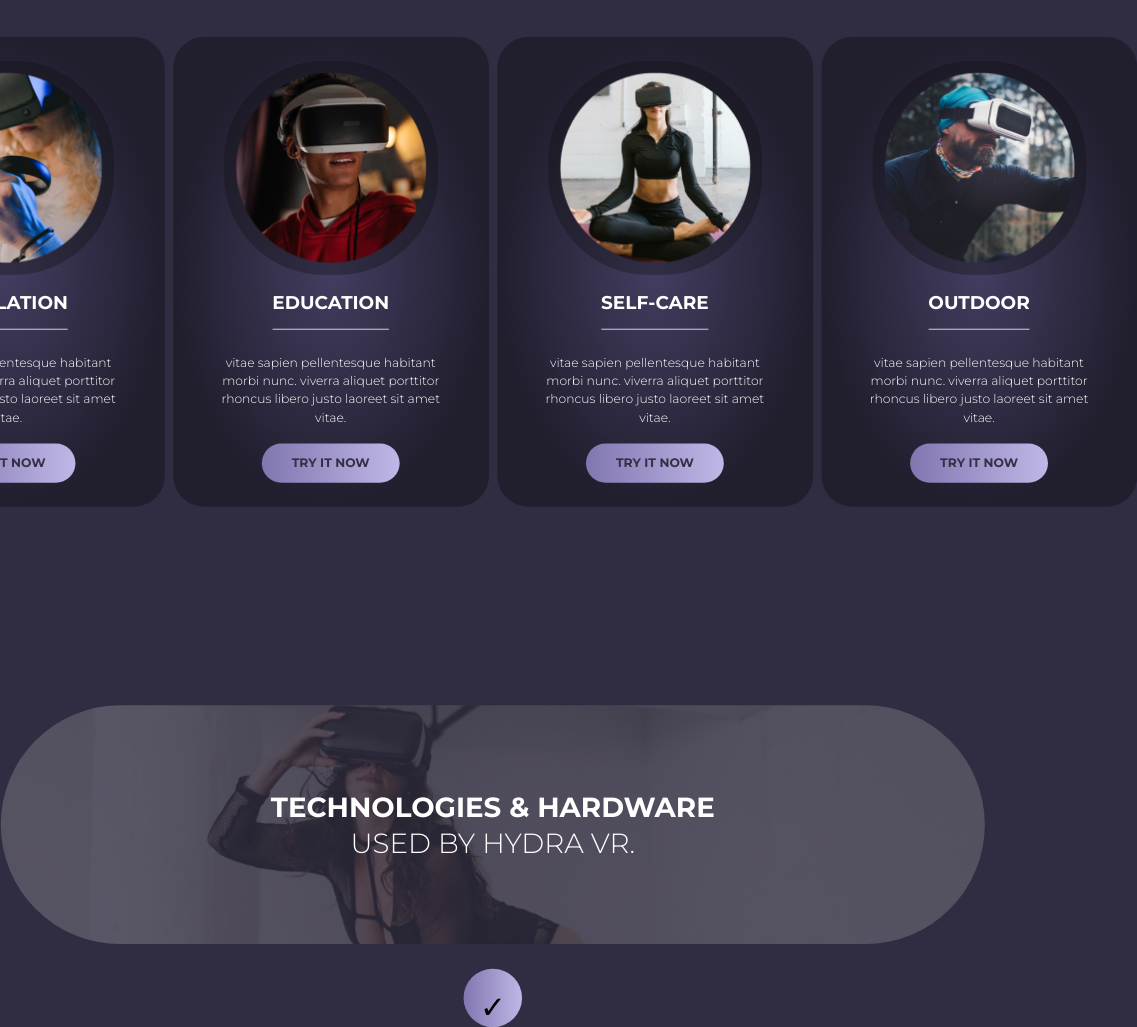
Repository: xMargi/Hydra-LandingPage
Page: index.html
These files come from the project's save history. The page is drawn as it stood at one moment and after the next save; the edit follows.
The browser window is 1280 px wide. The page is 1477 px wide, so the pictures cover 1477 px, including what lies to the right of the window. The pictures show the whole page, at 77% of full size.

Above is the page before, as saved 2023-06-07 21:10:58.

### index.html
    <!DOCTYPE html>
    <html lang="pt-br">
    <head>
        <meta charset="UTF-8">
        <meta http-equiv="X-UA-Compatible" content="IE=edge">
        <meta name="viewport" content="width=device-width, initial-scale=1.0">
        <title>Hydra - Landing Page</title>
        <link rel="stylesheet" href="./reset.css">
        <link rel="stylesheet" href="./style.css">
    </head>
    <body>
        <div class="cartoes">
            <div class="cartao">
                <img src="./assets/1.png" alt="Mulher jogando em realidade virtual" class="cartao__img">
                <h1 class="cartao__titulo">Simulation</h1>
                <p class="cartao__paragrafo">Vitae sapien pellentesque habitant morbi
                nunc. Viverra aliquet porttitor rhoncus
                libero justo laoreet sit amet vitae.</p>
                <button class="cartao__button">Try it now</button>
            </div>
            <div class="cartao">
                <img src="./assets/2.png" alt="Homem usando um óculos de realidade virtual" class="cartao__img">
                <h1 class="cartao__titulo">Education</h1>
                <p class="cartao__paragrafo">Vitae sapien pellentesque habitant morbi
                nunc. Viverra aliquet porttitor rhoncus
                libero justo laoreet sit amet vitae.</p>
                <button class="cartao__button">Try it now</button>
            </div>
            <div class="cartao">
                <img src="./assets/3.png" alt="Mulher meditando com óculos de realidade virtual" class="cartao__img">
                <h1 class="cartao__titulo">Self-Care</h1>
                <p class="cartao__paragrafo">Vitae sapien pellentesque habitant morbi
                nunc. Viverra aliquet porttitor rhoncus
                libero justo laoreet sit amet vitae.</p>
                <button class="cartao__button">Try it now</button>
            </div>
            <div class="cartao">
                <img src="./assets/4.png" alt="Homem fazendo exercicíos utilizando um óculos de realidade virtual" class="cartao__img">
                <h1 class="cartao__titulo">Outdoor</h1>
                <p class="cartao__paragrafo">Vitae sapien pellentesque habitant morbi
                nunc. Viverra aliquet porttitor rhoncus
                libero justo laoreet sit amet vitae.</p>
                <button class="cartao__button">Try it now</button>
            </div>
        </div>
        <div class="container__imagem">
            <h1 class="imagem__titulo">Technologies & Hardware</h1>
            <p class="imagem__paragrafo">Used by hydra vr.</p>
        </div>
        <button class="botao__baixo">&#10003</button>
        <script src="./script.js"></script>
    </body>
    </html>

### style.css
@import url('https://fonts.googleapis.com/css2?family=Montserrat:wght@300;400;700&display=swap');

:root{

    --fonte: 'Montserrat', sans-serif;
    --cor-fundo: #302C42;
    --cor-cartao: radial-gradient(50% 50% at 50% 50%, #433D60 0%, #211E2E 100%);
    --cor-button: linear-gradient(90deg, #8176AF 0%, #C0B7E8 100%);
    --cor-hover: linear-gradient(90deg, #5843ad 0%, #5e41e0 100%);
    --cor-branca: #FFFFFF;
    --cor-texto: #343045;
    --cor-sombra: rgba(14, 14, 14, 0.32);
    --weight: 400;

}

body{
    box-sizing: border-box;
    background: var(--cor-fundo);
    display: flex;
    align-items: center;
    flex-direction: column;
    font-family: var(--fonte);
    font-weight: var(--weight);
    text-transform: uppercase;

}

.cartoes{
    margin:3rem 5.4375rem;
    display: flex;
    gap: 0.6875rem;

}

.cartao{
    background: var(--cor-cartao);
    display: flex;
    flex-direction: column;
    gap: 1.3125rem;
    align-items: center;
    justify-content: center;
    text-align: center;
    padding: 3.125rem;
    border-radius: 2.5rem;
    height: 31.875rem;
    width: 19.375rem;
}

.cartao__img{
    background: var(--cor-sombra);
    border-radius: 8.125rem;
    padding: 0.9375rem;
    width: 80%;
}

.cartao__titulo{

    color: var(--cor-branca);
    font-weight: 700;
    font-size: 1.5rem;
    line-height: 1.875rem;
    padding-bottom: 1.2188rem;
    border-bottom: 0.0313rem solid var(--cor-branca);
}

.cartao__paragrafo{
    padding-top: 0.625rem;
    text-transform: lowercase;
    line-height: 1.5rem;
    color: var(--cor-branca);
    font-weight: 300;

}

.cartao__button{

    background: var(--cor-button);
    padding: 1rem 2.4375rem;
    border-radius: 40px;
    font-weight: 700;
    text-transform: uppercase;
    color: var(--cor-texto);
}

.cartao__button:hover{

    background: var(--cor-fundo);
    border: 1px solid #fefefe;
    transition: all 680ms;
    color: #fefefe;

}



.container__imagem{
    width: 79.875rem;
    height: 19.375rem;
    border-radius: 10rem;
    background-image: url(./assets/pexels.png);
    background-repeat: repeat;
    margin: 13.125rem 0 2rem;
    display: flex;
    align-items: center;
    justify-content: center;
    flex-direction: column;
}

.imagem__titulo{

    font-weight: 700;
    font-size: 2.25rem;
    color: var(--cor-branca);

}

.imagem__paragrafo{

    font-weight: 300;
    font-size: 36px;
    color: var(--cor-branca);
    padding-top: 0.6875rem;

}

.botao__baixo{

    background: var(--cor-button);
    padding: 1.5625rem;
    border-radius: 3.75rem;
    font-size: 2.5rem;
    width: 4.75rem;
    height: 4.75rem;
    text-align: center;
    display: flex;
    justify-content: center;


}

Loaded but not shown: main/reset.css (common file); script.js (no copy from this time; the picture is the same without it)

After the next save:
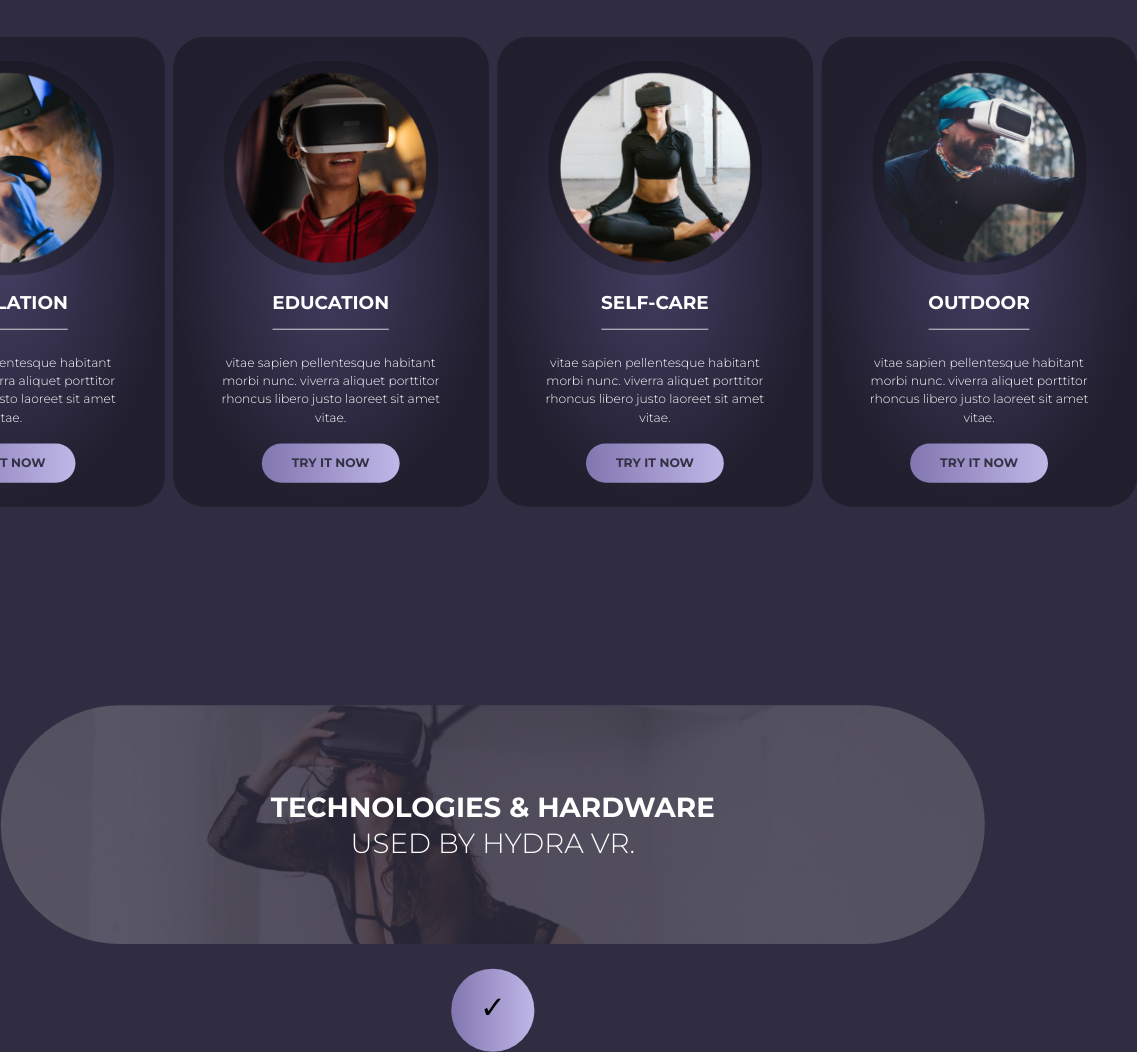
Saved 6 s later.
--- a/style.css
+++ b/style.css
@@ -130,8 +130,8 @@ body{
     padding: 1.5625rem;
     border-radius: 3.75rem;
     font-size: 2.5rem;
-    width: 4.75rem;
-    height: 4.75rem;
+    width: 6.75rem;
+    height: 6.75rem;
     text-align: center;
     display: flex;
     justify-content: center;
